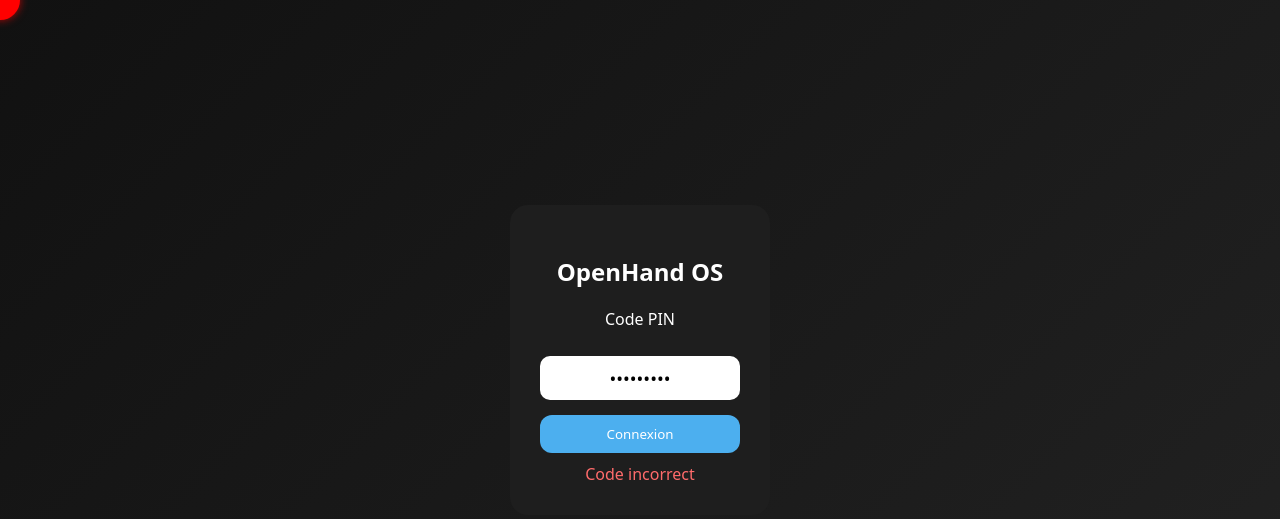
Repository: nlagardere/OpenHand
Page: index.html
These files come from the project's save history. The page is drawn as it stood at one moment and after the next save; the edit follows.
The browser window is 1280 px wide. The pictures show the whole page.
Empty fields were first filled with sample values (such as "Sample", 5 or name@example.com).
After loading, the first visible `button` was clicked once.

Above is the page before, as saved 2026-01-31 14:36:37.

### index.html
<!DOCTYPE html>
<html lang="fr">
<head>
<meta charset="UTF-8">
<title>OpenHand OS</title>
<link rel="stylesheet" href="style.css">

<style>

/* ===== CURSEUR ROUGE ===== */

body {
    cursor: none;
}

#curseur {
    position: fixed;
    width: 16px;
    height: 16px;
    background: red;
    border-radius: 50%;
    pointer-events: none;
    z-index: 10000;
    transform: translate(-50%, -50%);
    box-shadow: 0 0 8px rgba(255,0,0,.7);
}


/* ===== LOCK SCREEN ===== */

#lockscreen {
    position: fixed;
    inset: 0;
    background: linear-gradient(135deg, #111, #222);
    display: flex;
    align-items: center;
    justify-content: center;
    z-index: 9999;
}

.loginBox {
    background: #1e1e1e;
    padding: 30px;
    border-radius: 18px;
    text-align: center;
    color: white;
    width: 260px;
}

.loginBox input {
    width: 100%;
    padding: 10px;
    font-size: 18px;
    text-align: center;
    border-radius: 10px;
    border: none;
    margin-top: 10px;
}

.loginBox button {
    margin-top: 15px;
    width: 100%;
    padding: 10px;
    border-radius: 12px;
    border: none;
    background: #4cafef;
    color: white;
    cursor: pointer;
}

#pinError {
    margin-top: 10px;
    color: #ff6b6b;
}


/* ===== LOADING ===== */

#loadingScreen {
    position: fixed;
    inset: 0;
    background: radial-gradient(circle at center, #111, #000);
    color: white;
    display: none;
    flex-direction: column;
    align-items: center;
    justify-content: center;
    z-index: 10001;
    font-size: 22px;
    letter-spacing: 1px;
}

.loader {
    margin-top: 25px;
    width: 260px;
    height: 14px;
    background: #111;
    border-radius: 20px;
    overflow: hidden;
    border: 1px solid #333;
    box-shadow: inset 0 0 8px rgba(0,0,0,.8);
}

.loaderBar {
    height: 100%;
    width: 0%;
    border-radius: 20px;
    background: linear-gradient(
        90deg,
        #4cafef,
        #8be0ff,
        #4cafef
    );
    background-size: 200% 100%;
    animation:
        loadbar 5s linear forwards,
        shine 1.2s linear infinite;
}

/* progression */
@keyframes loadbar {
    to { width: 100%; }
}

/* effet balayage lumineux */
@keyframes shine {
    from { background-position: 200% 0; }
    to { background-position: -200% 0; }
}

/* ===== SHUTDOWN BUTTON ===== */

#shutdownbtn {
    position: fixed;
    bottom: 20px;
    right: 20px;
    padding: 10px 18px;
    border-radius: 14px;
    border: none;
    cursor: pointer;
    background-color: #ff5b5b;
    color: white;
}

</style>
</head>

<body>

<!-- ===== LOCK SCREEN ===== -->

<div id="lockscreen">
  <div class="loginBox">
    <h2>OpenHand OS</h2>
    <p>Code PIN</p>
    <input type="password" id="pinInput" maxlength="6">
    <button onclick="checkPin()">Connexion</button>
    <div id="pinError"></div>
  </div>
</div>

<!-- ===== LOADING (APRES LOGIN) ===== -->

<div id="loadingScreen">
    Chargement de la session…
    <div class="loader">
        <div class="loaderBar"></div>
    </div>
</div>

<!-- ===== OS ===== -->

<div id="curseur"></div>

<div id="topbar">
  <div class="logo">OpenHand</div>
  <div id="clock"></div>
</div>

<div id="desktop"></div>

<div id="appWindow">
  <button onclick="closeApp()">← Retour</button>
  <iframe id="appFrame"></iframe>
</div>

<audio id="music" src="musique.mp3"></audio>

<button id="shutdownbtn">Eteindre l'ordinateur</button>

<!-- ===== SCRIPTS ===== -->

<script>

/* ===== CURSEUR ROUGE ===== */

document.addEventListener("mousemove", e => {
    const c = document.getElementById("curseur");
    c.style.left = e.clientX + "px";
    c.style.top = e.clientY + "px";
});


/* ===== PIN LOGIN → MUSIQUE PILOTE LE BOOT ===== */

const PIN_CODE = "1234";

function checkPin() {
    const val = document.getElementById("pinInput").value;

    if (val === PIN_CODE) {

        document.getElementById("lockscreen").style.display = "none";

        const music = document.getElementById("music");
        const load = document.getElementById("loadingScreen");
        const bar = document.querySelector(".loaderBar");

        load.style.display = "flex";

        // reset barre
        bar.style.width = "0%";

        music.currentTime = 0;

        music.play().catch(()=>{});

        // quand la durée est connue → on peut suivre la progression
        music.addEventListener("timeupdate", () => {
            if (music.duration) {
                const progress = (music.currentTime / music.duration) * 100;
                bar.style.width = progress + "%";
            }
        });

        // fin musique = fin boot
        music.addEventListener("ended", () => {
            load.style.display = "none";
        });

    } else {
        document.getElementById("pinError").textContent = "Code incorrect";
    }
}


/* ===== SHUTDOWN ===== */

document.getElementById("shutdownbtn").addEventListener("click", () => {

    alert("Ordinateur éteint ✅");

    document.getElementById("lockscreen").style.display = "flex";

    const music = document.getElementById("music");
    music.pause();
    music.currentTime = 0;

    const bar = document.querySelector(".loaderBar");
    bar.style.width = "0%";
});

</script>

<script src="main.js"></script>

</body>
</html>

### style.css
#curseur {
  width: 40px;
  height: 40px;
  border: 20px solid red;
  border-radius: 50%;
  position: absolute;
  pointer-events: none; /* pour ne pas bloquer les clics */
  transform: translate(-50%, -50%);
  z-index: 1000;
}

* {
  box-sizing:border-box;
  font-family: system-ui, -apple-system, sans-serif;
}

body {
  margin:0;
  height:100vh;
  background:
    radial-gradient(circle at 20% 20%, #dfe7ff, transparent 40%),
    radial-gradient(circle at 80% 80%, #e9f7ff, transparent 40%),
    linear-gradient(180deg,#f7f9ff,#eef2ff);
    cursor: none;
    overflow: hidden;
}

/* Top bar */

#topbar {
  height:90px;
  padding:0 40px;
  display:flex;
  align-items:center;
  justify-content:space-between;

  background:rgba(255,255,255,.65);
  backdrop-filter: blur(14px);
  border-bottom:1px solid rgba(0,0,0,.05);
}

.logo {
  font-size:26px;
  font-weight:700;
  letter-spacing:.3px;
}

#clock {
  font-size:22px;
  font-weight:500;
}

/* Desktop grid */

#desktop {
  padding:40px;
  display:grid;
  grid-template-columns:repeat(auto-fit, minmax(180px, 220px));
  gap:32px;
  justify-content:center;

  animation: desktopIn .6s ease;
}

@keyframes desktopIn {
  from {opacity:0; transform:translateY(30px);}
  to {opacity:1; transform:none;}
}

/* App cards */

.card {
  background:rgba(255,255,255,.7);
  backdrop-filter: blur(12px);
  border-radius:28px;

  padding:32px 20px;
  text-align:center;
  cursor:pointer;

  box-shadow:
    0 10px 30px rgba(0,0,0,.08),
    inset 0 1px 0 rgba(255,255,255,.6);

  transition:
    transform .25s cubic-bezier(.2,.8,.2,1),
    box-shadow .25s,
    background .25s;
}

.card:hover {
  transform:translateY(-10px) scale(1.05);
  box-shadow:0 20px 50px rgba(0,0,0,.12);
  background:rgba(255,255,255,.9);
}

.icon {
  font-size:54px;
  margin-bottom:14px;
}

.name {
  font-size:20px;
  font-weight:600;
}

/* App window plein écran */

#appWindow {
  position:fixed;
  inset:0;
  background:white;
  display:none;
  flex-direction:column;
  z-index:999;

  animation: appOpen .4s cubic-bezier(.2,.9,.2,1);
}

@keyframes appOpen {
  from {
    opacity:0;
    transform:scale(.96);
    filter:blur(8px);
  }
  to {
    opacity:1;
    transform:scale(1);
    filter:blur(0);
  }
}

#backBtn {
  margin:20px;
  padding:16px 28px;
  font-size:20px;
  border:none;
  border-radius:16px;
  background:#5b7cff;
  color:white;
  cursor:pointer;
}

#backBtn:active {
  transform:scale(.96);
}

iframe {
  flex:1;
  border:none;
}

### main.js
const apps = [
  { name:"Horloge", icon:"🕒", url:"apps/clock/clock.html" },
  { name:"Notes", icon:"📝", url:"apps/notes/notes.html" },
  { name:"Photos", icon:"🖼️", url:"apps/photos/photos.html" },
  { name:"Internet", icon:"🌐", url:"apps/internet/internet.html" }
];

const desktop = document.getElementById("desktop");

apps.forEach(app => {
  const div = document.createElement("div");
  div.className = "card";

  div.innerHTML = `
    <div class="icon">${app.icon}</div>
    <div class="name">${app.name}</div>
  `;

  div.onclick = () => openApp(app.url);
  desktop.appendChild(div);
});

/* Horloge topbar */

function tick(){
  clock.textContent =
    new Date().toLocaleTimeString([], {hour:'2-digit',minute:'2-digit'});
}
setInterval(tick,1000);
tick();

/* App window */

function openApp(url){
  appFrame.src = url;
  appWindow.style.display = "flex";
}

function closeApp(){
  appWindow.style.display = "none";
}

const curseur = document.getElementById('curseur');
document.addEventListener('mousemove', e => {
  curseur.style.left = e.clientX + 'px';
  curseur.style.top = e.clientY + 'px';
});

After the next save:
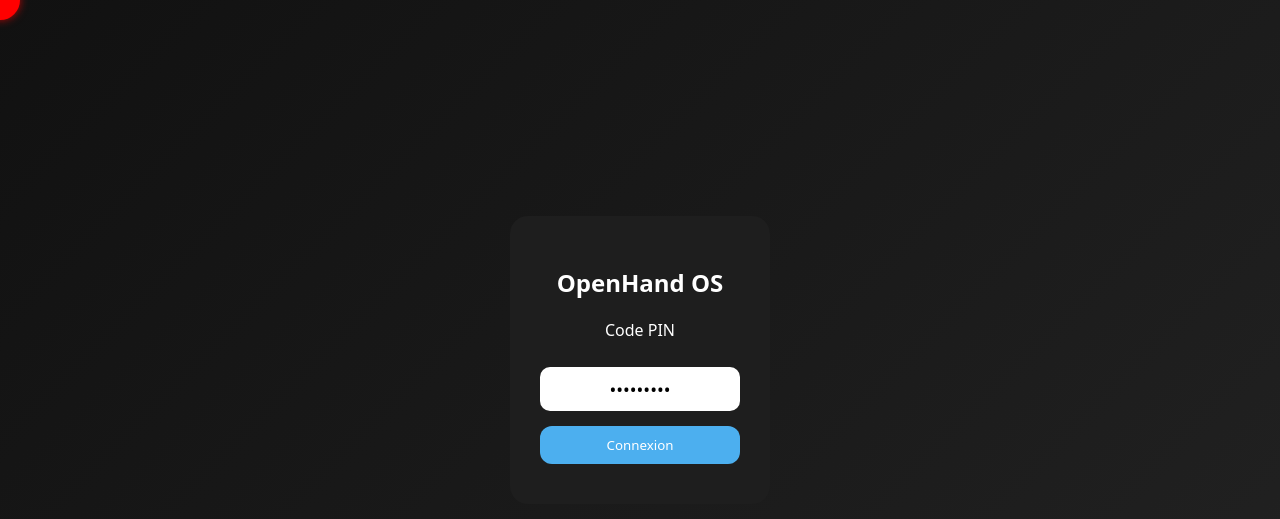
Console error: ReferenceError: checkPin is not defined
Saved 38 s later.
--- a/index.html
+++ b/index.html
@@ -192,73 +192,6 @@ body {
 
 <script>
 
-/* ===== CURSEUR ROUGE ===== */
-
-document.addEventListener("mousemove", e => {
-    const c = document.getElementById("curseur");
-    c.style.left = e.clientX + "px";
-    c.style.top = e.clientY + "px";
-});
-
-
-/* ===== PIN LOGIN → MUSIQUE PILOTE LE BOOT ===== */
-
-const PIN_CODE = "1234";
-
-function checkPin() {
-    const val = document.getElementById("pinInput").value;
-
-    if (val === PIN_CODE) {
-
-        document.getElementById("lockscreen").style.display = "none";
-
-        const music = document.getElementById("music");
-        const load = document.getElementById("loadingScreen");
-        const bar = document.querySelector(".loaderBar");
-
-        load.style.display = "flex";
-
-        // reset barre
-        bar.style.width = "0%";
-
-        music.currentTime = 0;
-
-        music.play().catch(()=>{});
-
-        // quand la durée est connue → on peut suivre la progression
-        music.addEventListener("timeupdate", () => {
-            if (music.duration) {
-                const progress = (music.currentTime / music.duration) * 100;
-                bar.style.width = progress + "%";
-            }
-        });
-
-        // fin musique = fin boot
-        music.addEventListener("ended", () => {
-            load.style.display = "none";
-        });
-
-    } else {
-        document.getElementById("pinError").textContent = "Code incorrect";
-    }
-}
-
-
-/* ===== SHUTDOWN ===== */
-
-document.getElementById("shutdownbtn").addEventListener("click", () => {
-
-    alert("Ordinateur éteint ✅");
-
-    document.getElementById("lockscreen").style.display = "flex";
-
-    const music = document.getElementById("music");
-    music.pause();
-    music.currentTime = 0;
-
-    const bar = document.querySelector(".loaderBar");
-    bar.style.width = "0%";
-});
 
 </script>
 

After the save that followed:
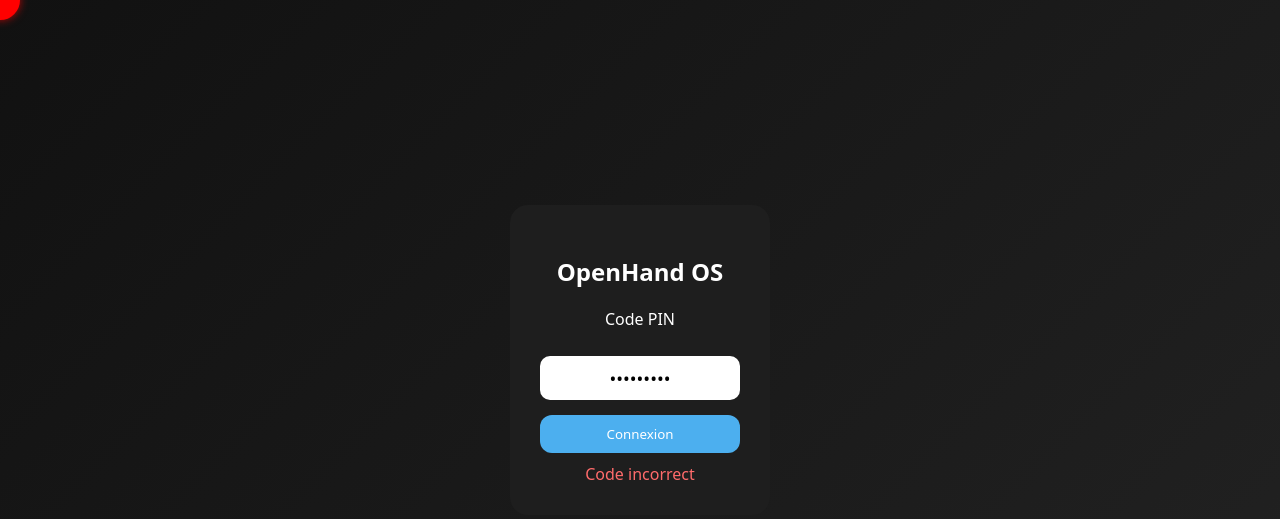
The error is gone.
Saved 3 s later.
--- a/main.js
+++ b/main.js
@@ -45,3 +45,71 @@ document.addEventListener('mousemove', e => {
   curseur.style.left = e.clientX + 'px';
   curseur.style.top = e.clientY + 'px';
 });
+
+/* ===== CURSEUR ROUGE ===== */
+
+document.addEventListener("mousemove", e => {
+    const c = document.getElementById("curseur");
+    c.style.left = e.clientX + "px";
+    c.style.top = e.clientY + "px";
+});
+
+
+/* ===== PIN LOGIN → MUSIQUE PILOTE LE BOOT ===== */
+
+const PIN_CODE = "1234";
+
+function checkPin() {
+    const val = document.getElementById("pinInput").value;
+
+    if (val === PIN_CODE) {
+
+        document.getElementById("lockscreen").style.display = "none";
+
+        const music = document.getElementById("music");
+        const load = document.getElementById("loadingScreen");
+        const bar = document.querySelector(".loaderBar");
+
+        load.style.display = "flex";
+
+        // reset barre
+        bar.style.width = "0%";
+
+        music.currentTime = 0;
+
+        music.play().catch(()=>{});
+
+        // quand la durée est connue → on peut suivre la progression
+        music.addEventListener("timeupdate", () => {
+            if (music.duration) {
+                const progress = (music.currentTime / music.duration) * 100;
+                bar.style.width = progress + "%";
+            }
+        });
+
+        // fin musique = fin boot
+        music.addEventListener("ended", () => {
+            load.style.display = "none";
+        });
+
+    } else {
+        document.getElementById("pinError").textContent = "Code incorrect";
+    }
+}
+
+
+/* ===== SHUTDOWN ===== */
+
+document.getElementById("shutdownbtn").addEventListener("click", () => {
+
+    alert("Ordinateur éteint ✅");
+
+    document.getElementById("lockscreen").style.display = "flex";
+
+    const music = document.getElementById("music");
+    music.pause();
+    music.currentTime = 0;
+
+    const bar = document.querySelector(".loaderBar");
+    bar.style.width = "0%";
+});
